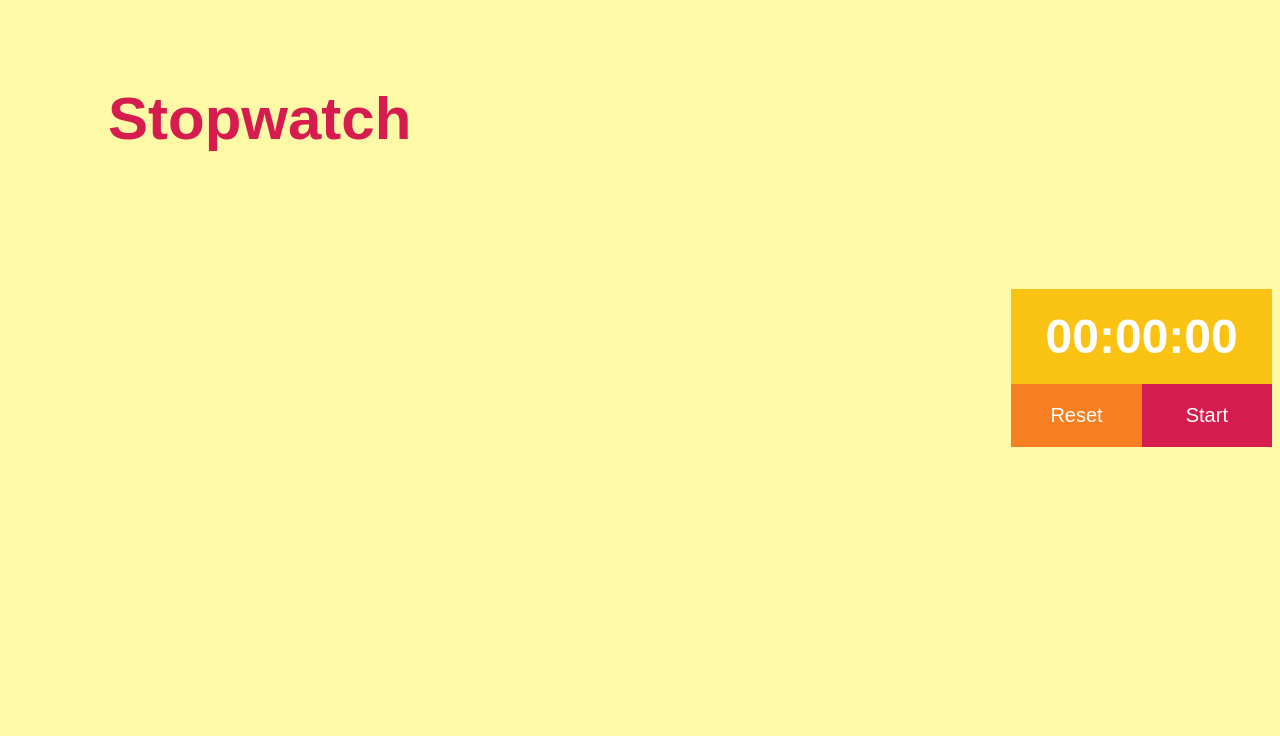
Repository: pilar122/stopwatch
Page: index.html
The author's editor kept a copy of each file at every save. The page is drawn from the files as they stood at one save, then again after the next save.
The browser window is 1280 px wide. The pictures show the whole page.

Above is the page before, as saved 2022-06-19 13:10:18.

### index.html
<!DOCTYPE html>
<html>
    <head>
        <title>
            Stopwatch
        </title>
        <link href="stopwatch.css" rel="stylesheet">
        <script src="stopwatch.js"></script>
    </head>

    <div class="header">
        <h1>Stopwatch</h1>
    </div>

    <body>

        <div id="stopwatch">
            <!--CURRENT TIME-->
            <div id="sw-time">00:00:00</div> <!-- sw is the time display-->

            <!--CONTROLS-->
            <input type="button" value="Reset" id="sw-rst" disabled/> <!--sw-rst is the reset button * and the disabled means that the buttons are at the moment-->
            <input type="button" value="Start" id="sw-go" disabled/> <!--sw-go is the start & stop button-->
        </div>
    </body>
</html>

### stopwatch.css
/* (A) CONTAINER */
#stopwatch {
    display: flex;
    flex-wrap: wrap;
    max-width: 400px;
    margin: 0 auto;
  }

  /* (B) TIME */
  #sw-time {
    width: 100%;
    padding: 20px 0;
    font-size: 48px;
    font-weight: bold;
    text-align: center;
    background: #FAC213;
    color: #fff;
  }

  /* (C) BUTTONS */
  #sw-rst, #sw-go {
    box-sizing: border-box;
    width: 50%;
    cursor: pointer;
    padding: 20px 0;
    border: 0;
    color: #fff;
    font-size: 20px;
  }
  #sw-rst { background-color: #F77E21; }
  #sw-go { background-color: #D61C4E; }

  /* (X) DOES NOT MATTER */
  /* PAGE & BODY */
  body {
    display: flex;
    align-items: center; justify-content: center;
    min-height: 100vh;
    background: #FEF9A7;
    background-repeat: no-repeat;
    background-position: center;
    background-size: cover;
  }
  * { font-family: arial, sans-serif; }

  /* WIDGET */
  .widget-wrap {
    min-width: 450px;
    padding: 30px;
    border-radius: 20px;
    background: rgba(255, 255, 255, 0.4);
  }

  .header {
    padding: 100px;
    text-align: center;
    color: #D61C4E;
    font-size: 30px;
    margin-top: -500px;
    margin-right: 500px;
  }

  /* HEADER */
  h1 { text-align: center; }
  #code-boxx {
    width: 100%;
    margin-top: 30px;
    text-align: center;
  }

  /* FOOTER */
  #code-boxx {
    font-weight: 600;
    margin-top: 30px;
  }
  #code-boxx a {
    display: inline-block;
    padding: 5px;
    text-decoration: none;
    background: #d3adad;
    color: #fff;
  }

### stopwatch.js
var sw = {
    // (A) PROPERTIES
    etime : null, // html time display
    erst : null, // html reset button
    ego : null, // html start/stop button
    timer : null, // timer object
    now : 0, // current elapsed time

    // (B) INITIALIZE
    init : () => {
      // (B1) GET HTML ELEMENTS
      sw.etime = document.getElementById("sw-time");
      sw.erst = document.getElementById("sw-rst");
      sw.ego = document.getElementById("sw-go");

      // (B2) ENABLE BUTTON CONTROLS
      sw.erst.onclick = sw.reset;
      sw.ego.onclick = sw.start;
      sw.erst.disabled = false;
      sw.ego.disabled = false;
    },

    // (C) START!
    start : () => {
      sw.timer = setInterval(sw.tick, 1000);
      sw.ego.value = "Stop";
      sw.ego.onclick = sw.stop;
    },

    // (D) STOP
    stop : () => {
      clearInterval(sw.timer);
      sw.timer = null;
      sw.ego.value = "Start";
      sw.ego.onclick = sw.start;
    },

    // (E) TIMER ACTION
    tick : () => {
      // (E1) CALCULATE HOURS, MINS, SECONDS
      sw.now++;
      let hours = 0, mins = 0, secs = 0,
      remain = sw.now;
      hours = Math.floor(remain / 3600);
      remain -= hours * 3600;
      mins = Math.floor(remain / 60);
      remain -= mins * 60;
      secs = remain;

      // (E2) UPDATE THE DISPLAY TIMER
      if (hours<10) { hours = "0" + hours; }
      if (mins<10) { mins = "0" + mins; }
      if (secs<10) { secs = "0" + secs; }
      sw.etime.innerHTML = hours + ":" + mins + ":" + secs;
    },

    // (F) RESET
    reset : () => {
      if (sw.timer != null) { sw.stop(); }
      sw.now = -1;
      sw.tick();
    }
  };
  window.addEventListener("load", sw.init);

After the next save:
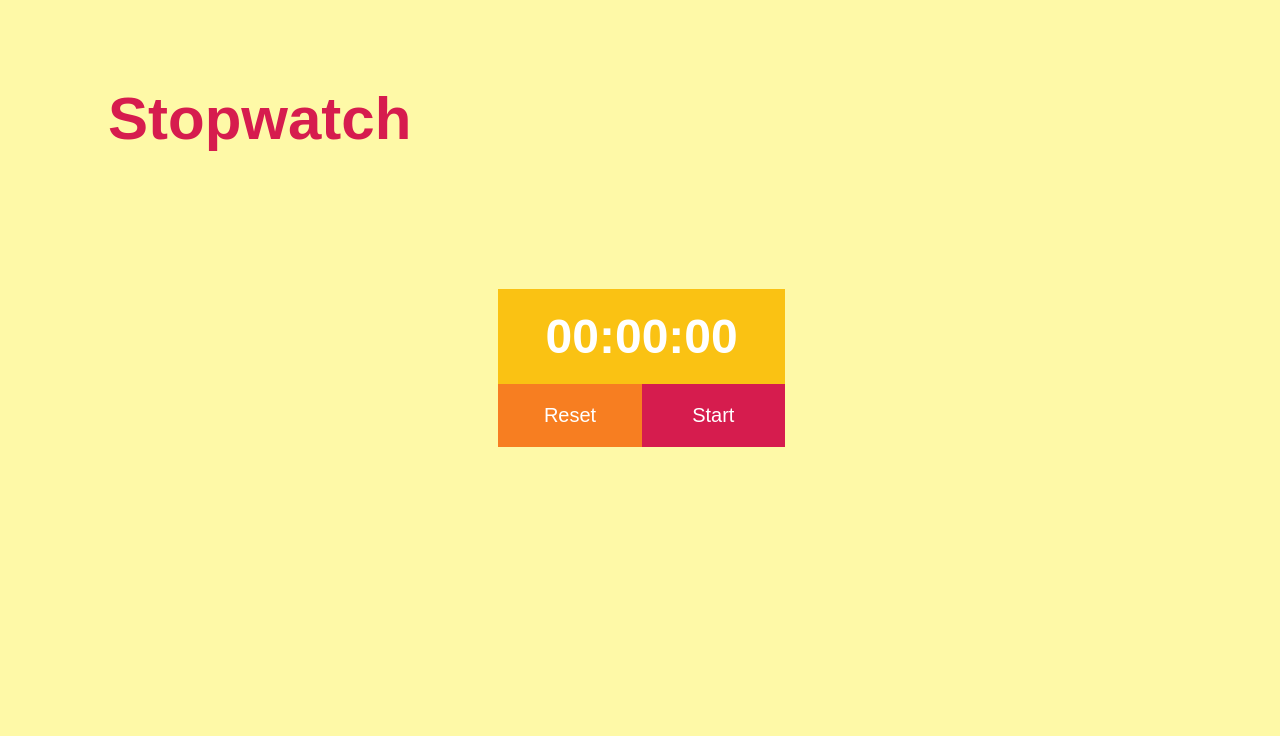
Saved 4 s later.
--- a/stopwatch.css
+++ b/stopwatch.css
@@ -57,7 +57,7 @@
     color: #D61C4E;
     font-size: 30px;
     margin-top: -500px;
-    margin-right: 500px;
+    margin-right: -500px;
   }
 
   /* HEADER */
